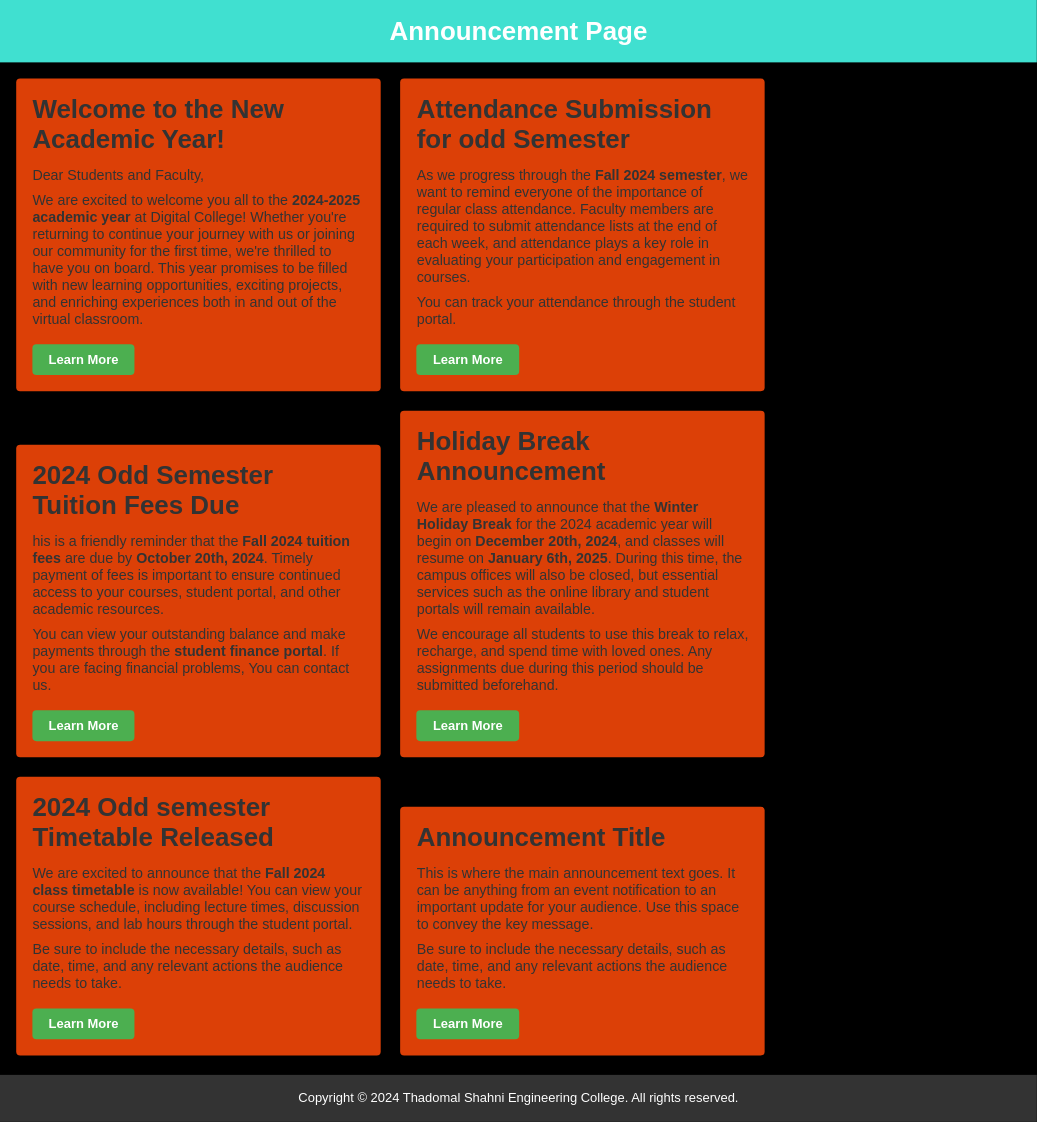
Repository: TejasS1233/MINITHON-hackathon-project
Page: annoucementpage.html
The author's editor kept a copy of each file at every save. The page is drawn from the files as they stood at one save, then again after the next save.
The browser window is 1280 px wide. The pictures show the whole page, at 81% of full size.

Above is the page before, as saved 2024-09-20 09:57:27.

### annoucementpage.html
<!DOCTYPE html>
<html lang="en">
<head>
    <meta charset="UTF-8">
    <meta name="viewport" content="width=device-width, initial-scale=1.0">
    <meta http-equiv="X-UA-Compatible" content="ie=edge">
    <title>Announcement Page</title>
    <link rel="stylesheet" href="styles.css">
</head>
<body>

    <div class = "announcement-heading">
        <h1>Announcement Page</h1>
    </div>

    <div class="announcement-grid">
    <div class="announcement">
        <h2>Welcome to the New Academic Year!</h2>
        <p>
            Dear Students and Faculty,
        </p>
        <p>
            We are excited to welcome you all to the <strong>2024-2025 academic year</strong> at Digital College!
        Whether you're returning to continue your journey with us or joining our community for the first time,
        we're thrilled to have you on board. This year promises to be filled with new learning opportunities,
        exciting projects, and enriching experiences both in and out of the virtual classroom.
        </p>
        <a href="#" class="cta-button">Learn More</a>
    </div>
    <div class="announcement">
        <h2>Attendance Submission for odd Semester</h2>
        <p>
            As we progress through the <strong>Fall 2024 semester</strong>, we want to remind everyone of the importance of
            regular class attendance. Faculty members are required to submit attendance lists at the end of each week,
            and attendance plays a key role in evaluating your participation and engagement in courses.
        </p>
        <p>
            You can track your attendance through the student portal.
        </p>
        <a href="#" class="cta-button">Learn More</a>
    </div>
    <div class="announcement">
        <h2>2024 Odd Semester Tuition Fees Due</h2>
        <p>
            his is a friendly reminder that the <strong>Fall 2024 tuition fees</strong> are due by <strong>October 20th, 2024</strong>.
            Timely payment of fees is important to ensure continued access to your courses, student portal, and other academic resources.
        </p>
        <p>
            You can view your outstanding balance and make payments through the <strong>student finance portal</strong>. If you are facing financial problems, You can contact us.
        </p>
        <a href="#" class="cta-button">Learn More</a>
    </div>
    <div class="announcement">
        <h2>Holiday Break Announcement</h2>
        <p>
            We are pleased to announce that the <strong>Winter Holiday Break</strong> for the 2024 academic year
        will begin on <strong>December 20th, 2024</strong>, and classes will resume on <strong>January 6th, 2025</strong>.
        During this time, the campus offices will also be closed, but essential services such as the online library
        and student portals will remain available.
        </p>
        <p>
            We encourage all students to use this break to relax, recharge, and spend time with loved ones.
        Any assignments due during this period should be submitted beforehand.
        </p>
        <a href="#" class="cta-button">Learn More</a>
    </div>
    <div class="announcement">
        <h2>2024 Odd semester Timetable Released</h2>
        <p>
            We are excited to announce that the <strong>Fall 2024 class timetable</strong> is now available! You can view your
            course schedule, including lecture times, discussion sessions, and lab hours through the student portal.
        </p>
        <p>
            Be sure to include the necessary details, such as date, time, and any relevant actions the
            audience needs to take.
        </p>
        <a href="#" class="cta-button">Learn More</a>
    </div>
    <div class="announcement">
        <h2>Announcement Title</h2>
        <p>
            This is where the main announcement text goes. It can be anything from an event notification to
            an important update for your audience. Use this space to convey the key message.
        </p>
        <p>
            Be sure to include the necessary details, such as date, time, and any relevant actions the
            audience needs to take.
        </p>
        <a href="#" class="cta-button">Learn More</a>
    </div>
</div>

    <footer>
        <p> Copyright &copy; 2024 Thadomal Shahni Engineering College. All rights reserved.</p>
    </footer>
</body>
</html>

### styles.css
* {
    margin: 0;
    padding: 0;
    box-sizing: border-box;
}

body {
    font-family: 'Arial', sans-serif;
    background-color: black;
    color: #333;
}


.announcement-heading {
    background-color: turquoise;
    color: white;
    padding: 20px 0;
    text-align: center;
    margin-bottom: 20px;
}

.class announcement-grid
{
    display: grid;
    grid-template-columns: repeat(auto-fit, minmax(450px, 1fr));
    gap: 20px;
    padding: 20px;
    margin-bottom: 20px;
    position: absolute;
}

.announcement {
    background-color: rgb(220, 64, 7);
    padding: 20px;
    border-radius: 5px;
    box-shadow: 0 2px 10px rgba(0, 0, 0, 0.5);
    margin-bottom: 20px;
    margin-left: 20px;
    max-width: 450px;
    display: inline-block;
    position: relative;
    overflow: hidden;
}

.announcement h2 {
    font-size: 2em;
    margin-bottom: 15px;
}

.announcement p {
    margin-bottom: 10px;
    font-size: 1.1em;
}

.cta-button {
    display: inline-block;
    background-color: #4CAF50;
    color: white;
    padding: 10px 20px;
    text-decoration: none;
    border-radius: 5px;
    margin-top: 10px;
    font-weight: bold;
    transition: background-color 1s;
}

.cta-button:hover {
    background-color: #45a049;
    cursor: pointer;
}


footer {
    text-align: center;
    padding: 20px 0;
    background-color: #333;
    color: white;
    position: relative;
    width: 100%;
    bottom: 0;
}

After the next save:
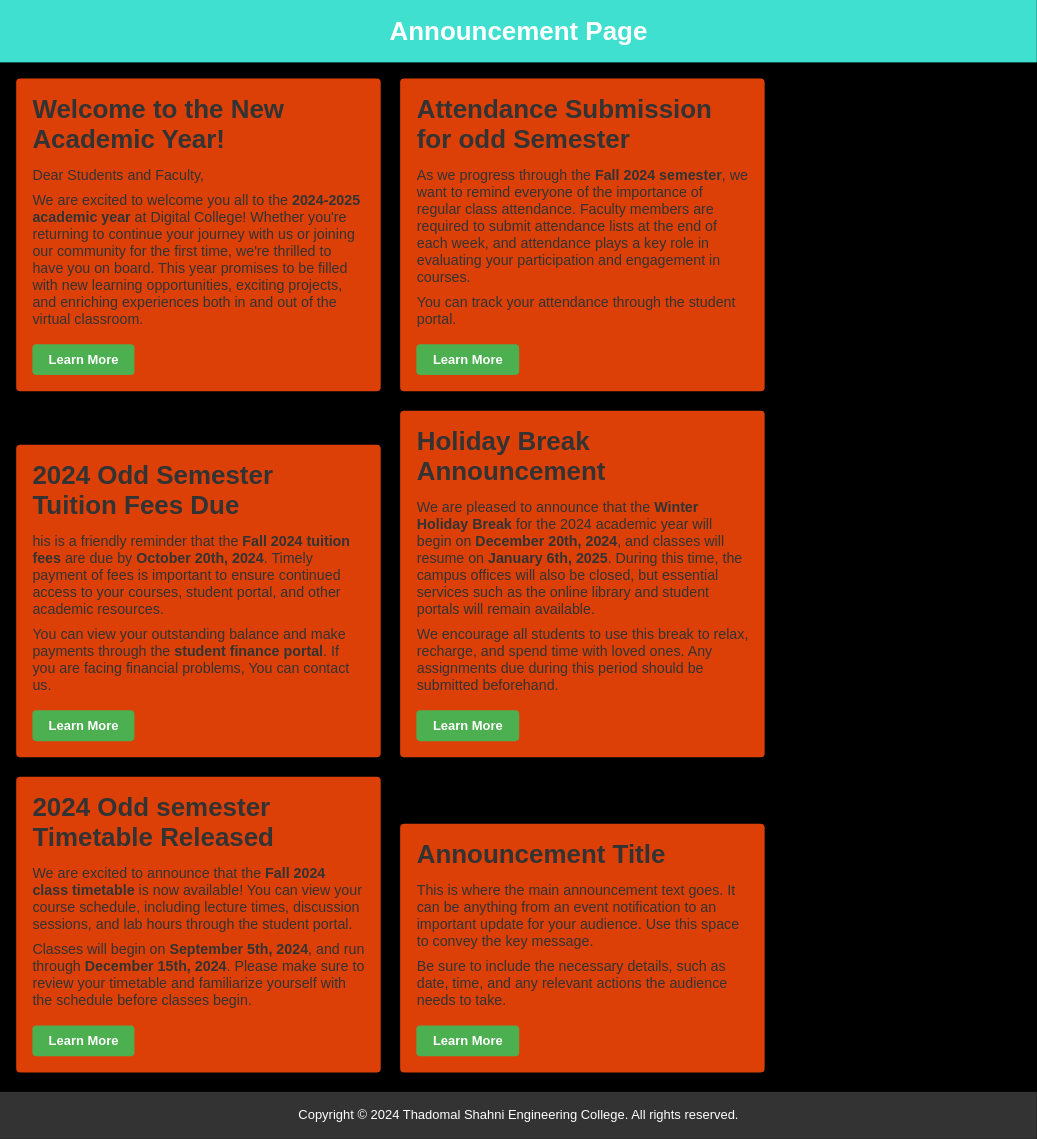
Saved 5 s later.
--- a/annoucementpage.html
+++ b/annoucementpage.html
@@ -71,8 +71,8 @@
             course schedule, including lecture times, discussion sessions, and lab hours through the student portal.
         </p>
         <p>
-            Be sure to include the necessary details, such as date, time, and any relevant actions the
-            audience needs to take.
+            Classes will begin on <strong>September 5th, 2024</strong>, and run through <strong>December 15th, 2024</strong>.
+        Please make sure to review your timetable and familiarize yourself with the schedule before classes begin.
         </p>
         <a href="#" class="cta-button">Learn More</a>
     </div>
